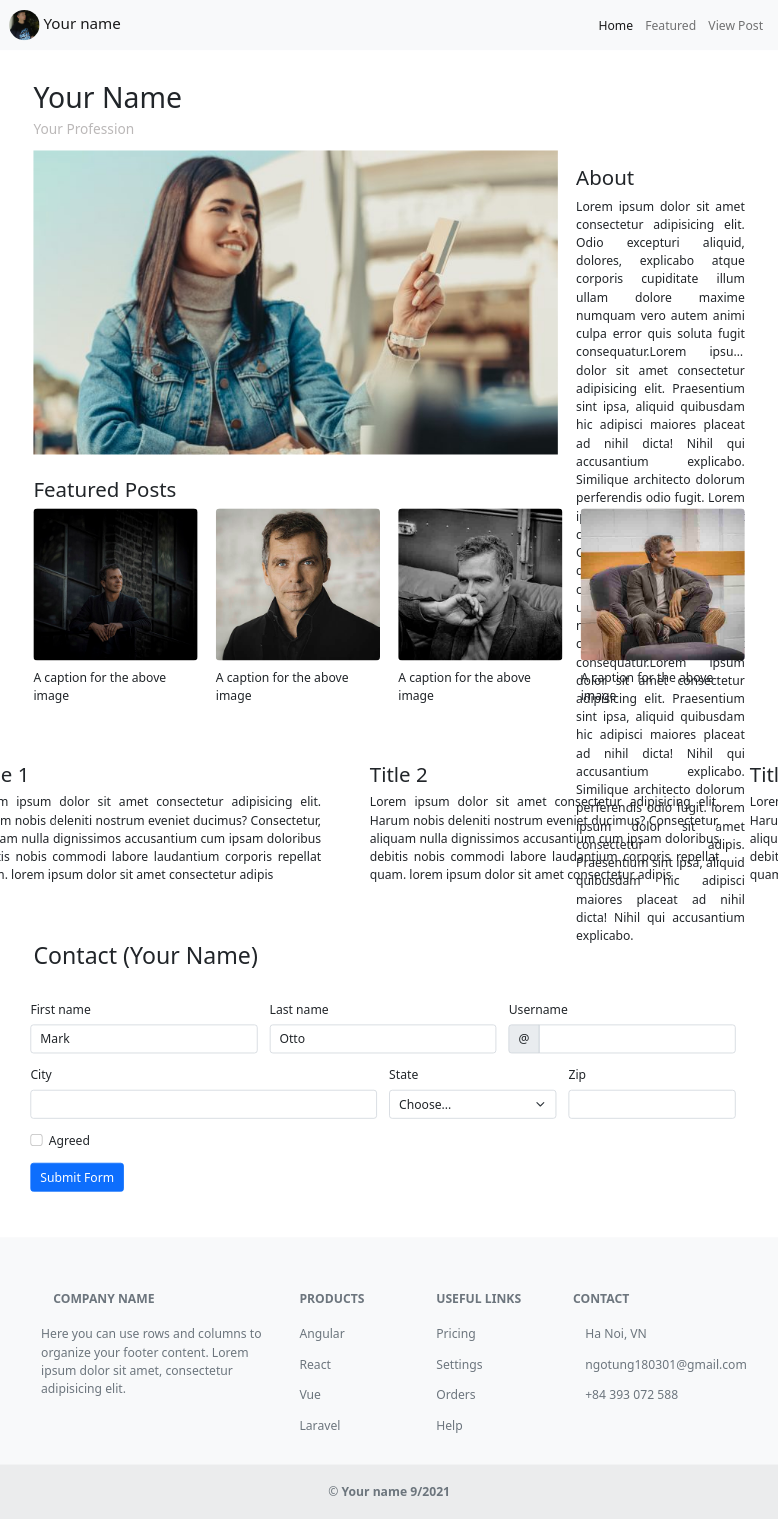
Repository: nvt01/72_1951061106_NgoVanTung
Page: BaiTh1/index.html
The author's editor kept a copy of each file at every save. The page is drawn from the files as they stood at one save, then again after the next save.
The browser window is 1024 px wide. The pictures show the whole page, at 76% of full size.

Above is the page before, as saved 2021-12-01 10:58:25.

After the next save:
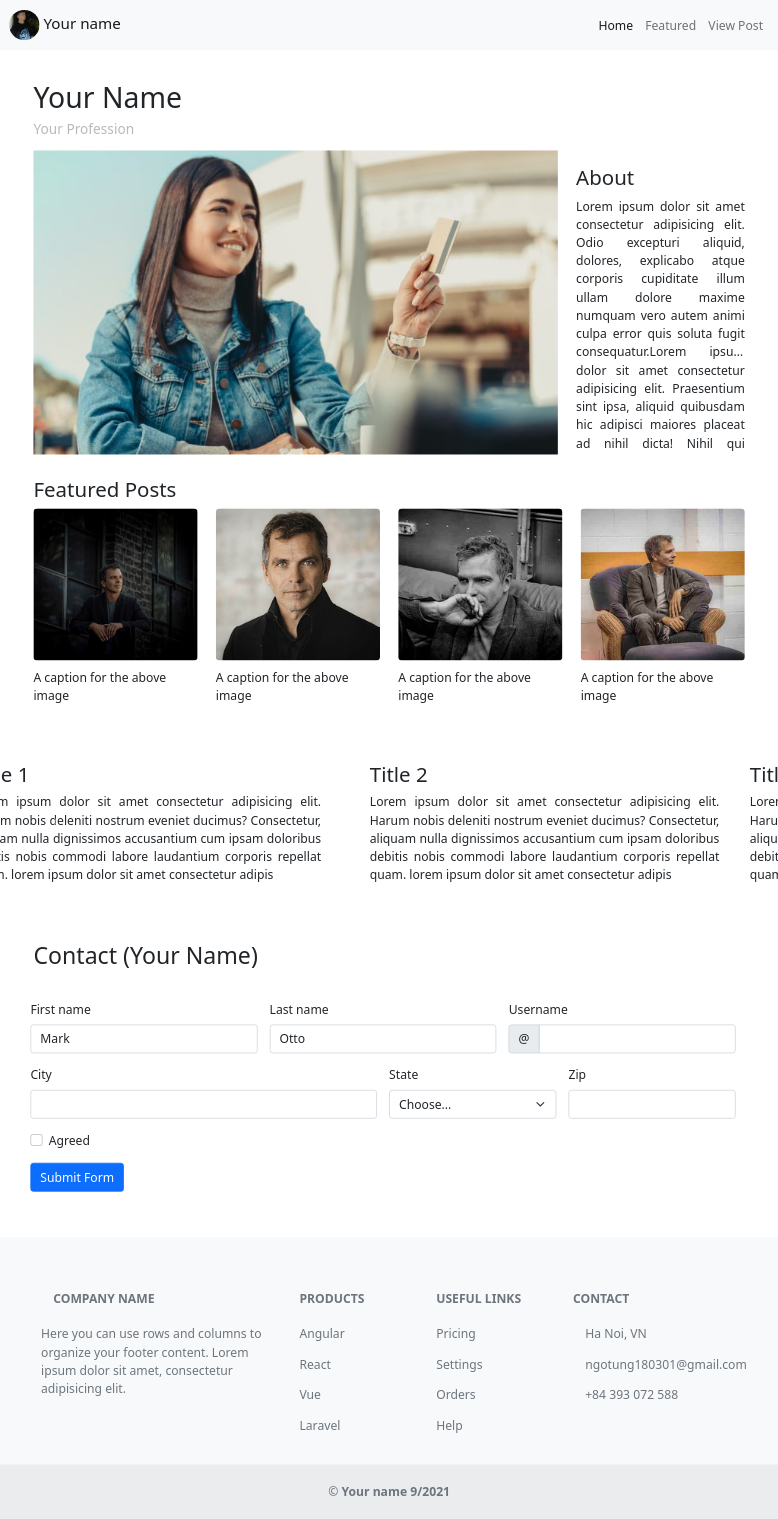
Saved 6 s later.
--- a/BaiTh1/style.css
+++ b/BaiTh1/style.css
@@ -70,7 +70,7 @@
         display: -webkit-box;
         -webkit-box-orient: vertical;
         -webkit-line-clamp: 10;
-        ove
+        overflow: hidden;
     }
 }
 
